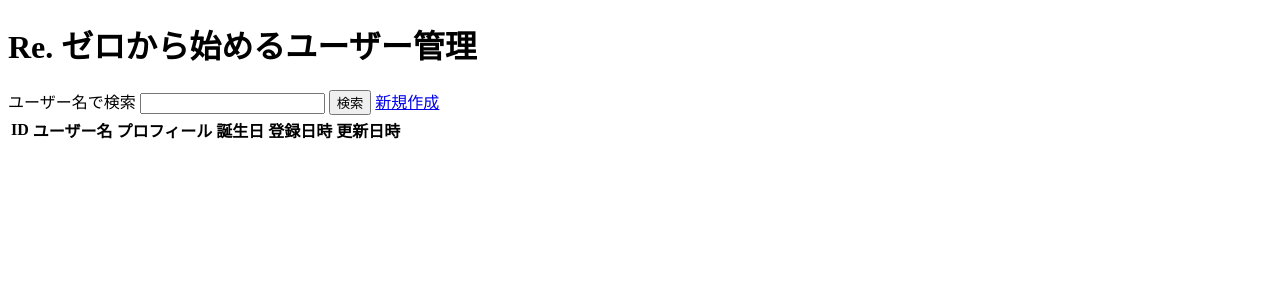
Repository: ShunsukeTanizaki/sqlite_api_lesson
Page: app/public/index.html
These files come from the project's save history. The page is drawn as it stood at one moment and after the next save; the edit follows.
The browser window is 1280 px wide. The pictures show the whole page.

Above is the page before, as saved 2021-02-06 11:58:55.

After the next save:
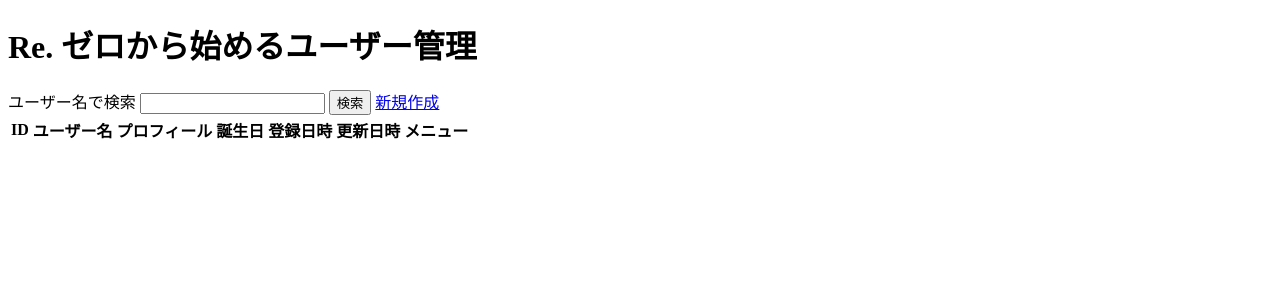
Saved 62 s later.
--- a/app/public/index.html
+++ b/app/public/index.html
@@ -26,6 +26,7 @@
                     <th>誕生日</th>
                     <th>登録日時</th>
                     <th>更新日時</th>
+                    <th>メニュー</th>
                 </tr>
             </thead>
             <tbody id="users-list">
